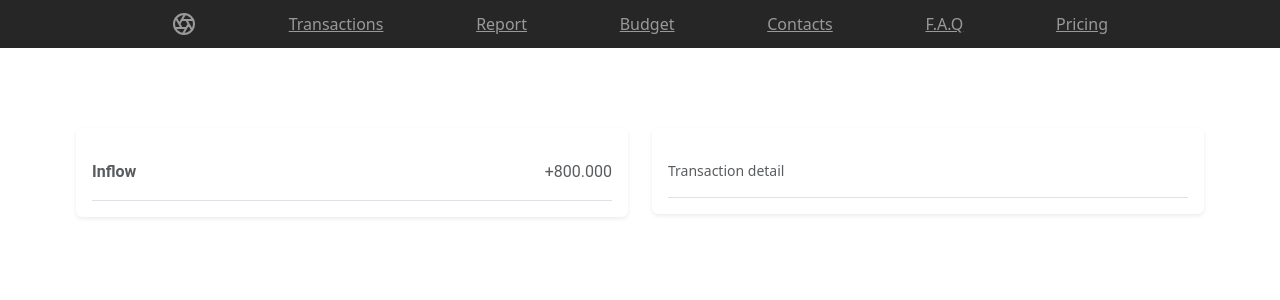
Repository: Nuriddinkhuja/budget-app-advanced
Page: index.html
The author's editor kept a copy of each file at every save. The page is drawn from the files as they stood at one save, then again after the next save.
The browser window is 1280 px wide. The pictures show the whole page.
Some web libraries are served in a nearby version.

Above is the page before, as saved 2019-12-17 16:17:30.

### index.html
<html lang="en">
<head>
    <meta charset="UTF-8">
    <meta name="viewport" content="width=device-width, initial-scale=1.0">
    <meta http-equiv="X-UA-Compatible" content="ie=edge">
    <title>Document</title>
    <link rel="stylesheet" href="./node_modules/bootstrap/dist/css/bootstrap.min.css">
    <link rel="stylesheet" href="./css/style.css">
</head>
<body>
    <nav class="site-header sticky-top py-1">
        <div class="container d-flex flex-column flex-md-row justify-content-between">
            <a class="py-2" href="#" aria-label="Product">
            <svg xmlns="http://www.w3.org/2000/svg" width="24" height="24" fill="none" stroke="currentColor" stroke-linecap="round" stroke-linejoin="round" stroke-width="2" class="d-block mx-auto" role="img" viewBox="0 0 24 24" focusable="false"><title>Product</title><circle cx="12" cy="12" r="10"></circle><path d="M14.31 8l5.74 9.94M9.69 8h11.48M7.38 12l5.74-9.94M9.69 16L3.95 6.06M14.31 16H2.83m13.79-4l-5.74 9.94"></path></svg>
            </a>
            <a class="py-2 d-none d-md-inline-block" href="#">Transactions</a>
            <a class="py-2 d-none d-md-inline-block" href="#">Report</a>
            <a class="py-2 d-none d-md-inline-block" href="#">Budget</a>
            <a class="py-2 d-none d-md-inline-block" href="#">Contacts</a>
            <a class="py-2 d-none d-md-inline-block" href="#">F.A.Q</a>
            <a class="py-2 d-none d-md-inline-block" href="#">Pricing</a>
        </div>
    </nav>
    <div class="container-flow">
        <div class="row p-3 p-md-5 m-md-3">
            <div class="col-sm">
                <div class="my-3 p-3 bg-white rounded shadow-sm">
                    <div class="media text-muted pt-3">
                        <div class="media-body pb-3 mb-0 small lh-125 border-bottom border-gray">
                            <div class="d-flex justify-content-between align-items-center w-100">
                                <strong class="text-gray-dark inflow">Inflow</strong>
                                <span class="inflow-value">+800.000</span>
                            </div>
                        </div>
                    </div>
                </div>
            </div>
            <div class="col-sm">
                <div class="my-3 p-3 bg-white rounded shadow-sm">
                    <div class="media text-muted pt-3">
                        <div class="media-body pb-3 mb-0 small lh-125 border-bottom border-gray">
                            Transaction detail
                        </div>
                    </div>
                </div>
            </div>
        </div>
    </div>

    <script src="./js/jquery.min.js"></script>
    <script src="./node_modules/popper.js/dist/popper.min.js"></script>
    <script src="./node_modules/bootstrap/dist/js/bootstrap.min.js"></script>
    <script src="./js/main.js"></script>
</body>
</html>

### css/style.css
.container {
    max-width: 960px;
  }

  /*
   * Custom translucent site header
   */

.inflow, .inflow-value {
    font-size: 16px;
    font-family: Roboto,sans-serif;
}

.site-header {
    background-color: rgba(0, 0, 0, .85);
    -webkit-backdrop-filter: saturate(180%) blur(20px);
    backdrop-filter: saturate(180%) blur(20px);
}
.site-header a {
    color: #999;
    transition: ease-in-out color .15s;
}

.site-header a:hover {
    color: #fff;
    text-decoration: none;
}

  /*
   * Dummy devices (replace them with your own or something else entirely!)
   */

.product-device {
    position: absolute;
    right: 10%;
    bottom: -30%;
    width: 300px;
    height: 540px;
    background-color: #333;
    border-radius: 21px;
    -webkit-transform: rotate(30deg);
    transform: rotate(30deg);
}

  .product-device::before {
    position: absolute;
    top: 10%;
    right: 10px;
    bottom: 10%;
    left: 10px;
    content: "";
    background-color: rgba(255, 255, 255, .1);
    border-radius: 5px;
  }

  .product-device-2 {
    top: -25%;
    right: auto;
    bottom: 0;
    left: 5%;
    background-color: #e5e5e5;
  }


  /*
   * Extra utilities
   */

  .flex-equal > * {
    -ms-flex: 1;
    flex: 1;
  }
  @media (min-width: 768px) {
    .flex-md-equal > * {
      -ms-flex: 1;
      flex: 1;
    }
  }

  .overflow-hidden { overflow: hidden; }

Loaded but not shown: js/jquery.min.js (library); js/main.js (no stored copy; drawn as an empty file)

After the next save:
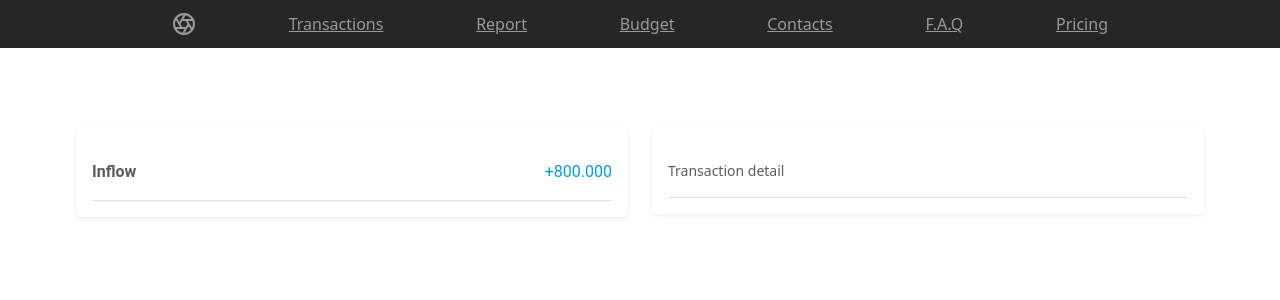
Saved 27 s later.
--- a/css/style.css
+++ b/css/style.css
@@ -9,6 +9,10 @@
 .inflow, .inflow-value {
     font-size: 16px;
     font-family: Roboto,sans-serif;
+}
+
+.inflow-value {
+    color: #039be5;
 }
 
 .site-header {
